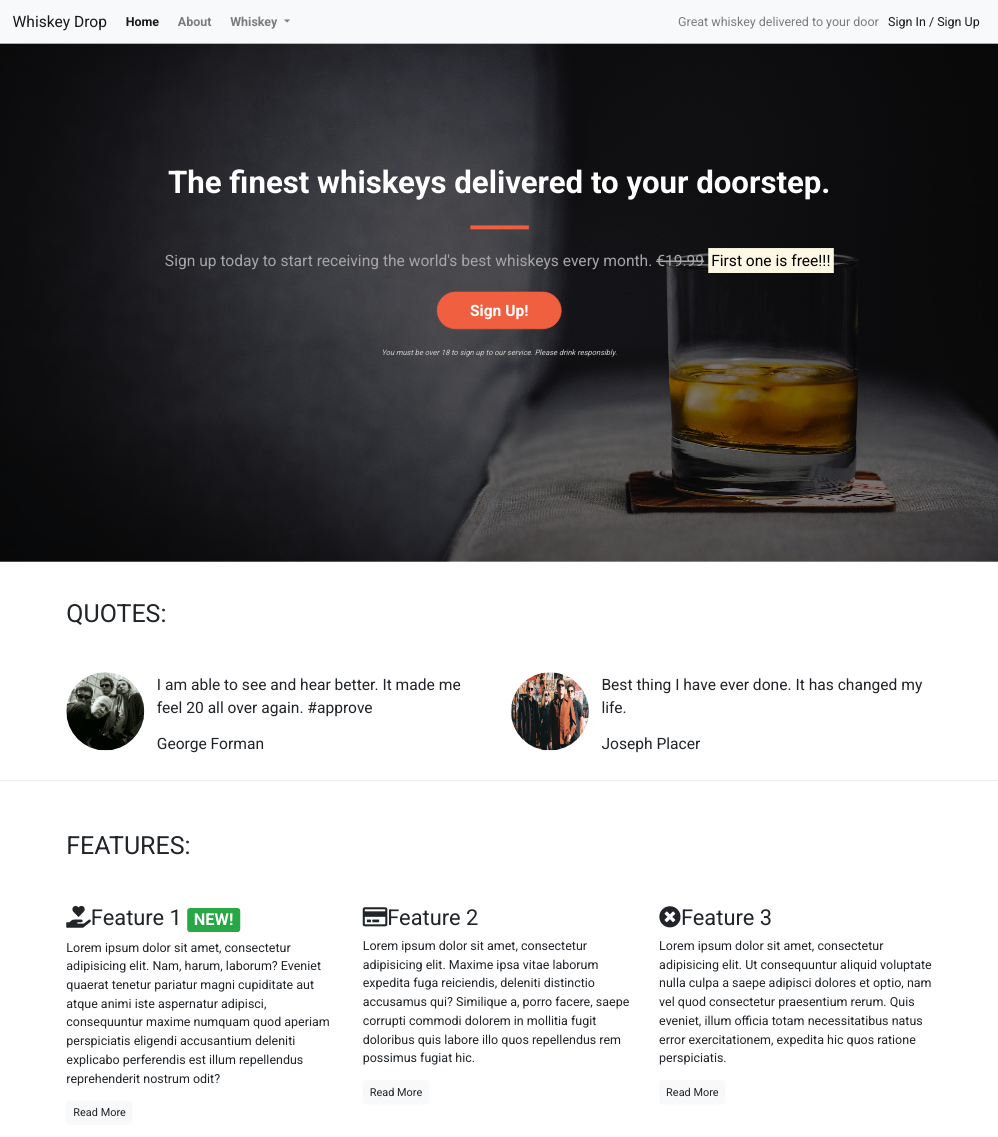
Repository: NamcorStudent/Dropdown-css
Page: bootstrap-whiskey/bootstrap.html
The author's editor kept a record of every edit. The page is drawn from the files as they stood at one moment, then again after the next edit.
The browser window is 1280 px wide. The pictures show the whole page, at 78% of full size.
Backgrounds fixed to the window are drawn as part of the page. Some web libraries are served in a nearby version.

Above is the page before.
Console error: TypeError: Cannot read properties of undefined (reading 'fn')

After the next edit:
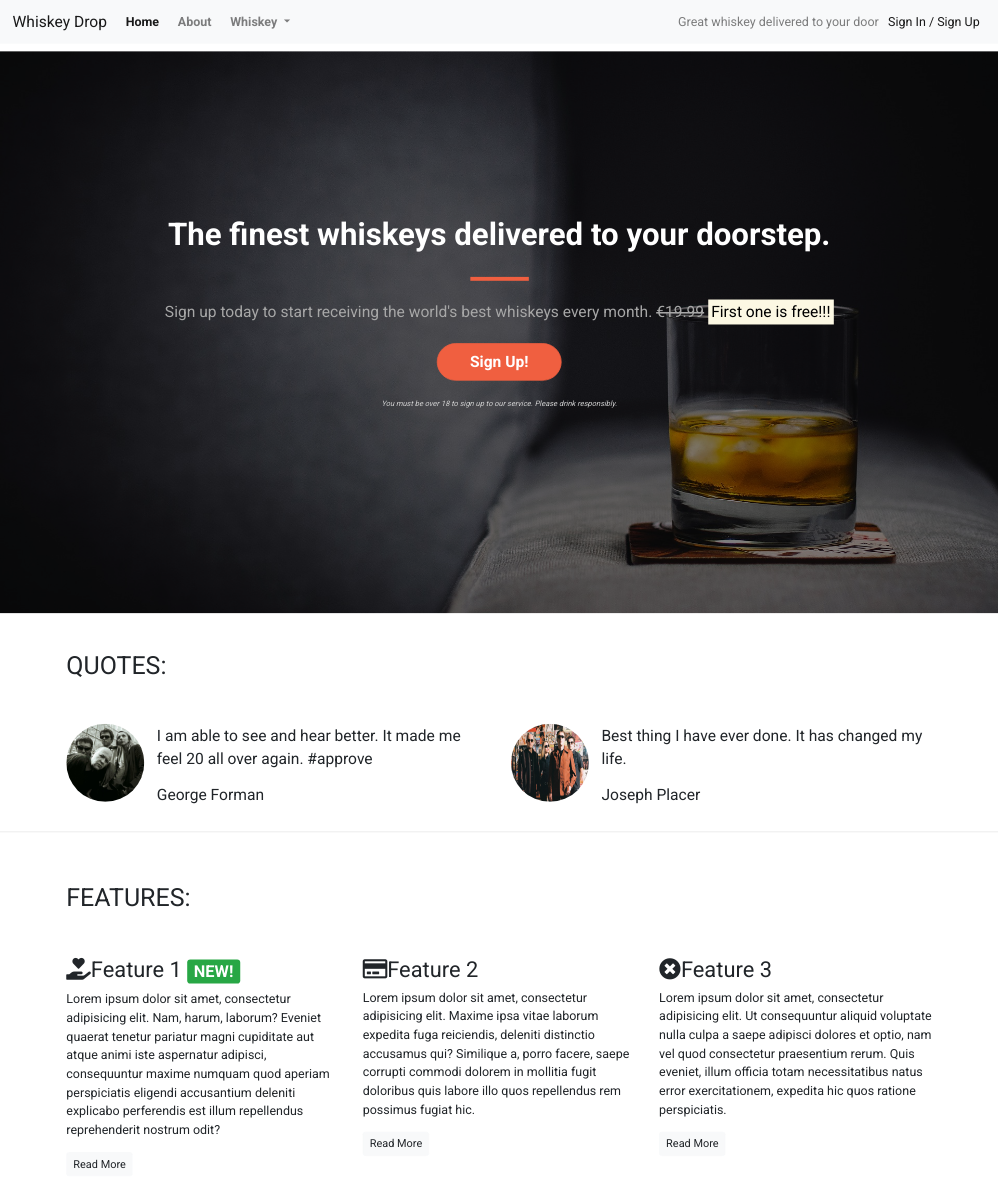
The edit:
--- a/bootstrap-whiskey/bootstrap.html
+++ b/bootstrap-whiskey/bootstrap.html
@@ -43,7 +43,7 @@
         </div>
     </nav>
     </div>
-    <!--<div class="container alert-container">
+    <div class="container alert-container">
         <div class="row d-none d-sm-block">
             <div class="col-12">
                 <div class="alert alert-warning"><strong>Sale Is On!</strong> We've got a sale on. Get a 12 month subscription for the price of 6!

After the 2 edits that followed:
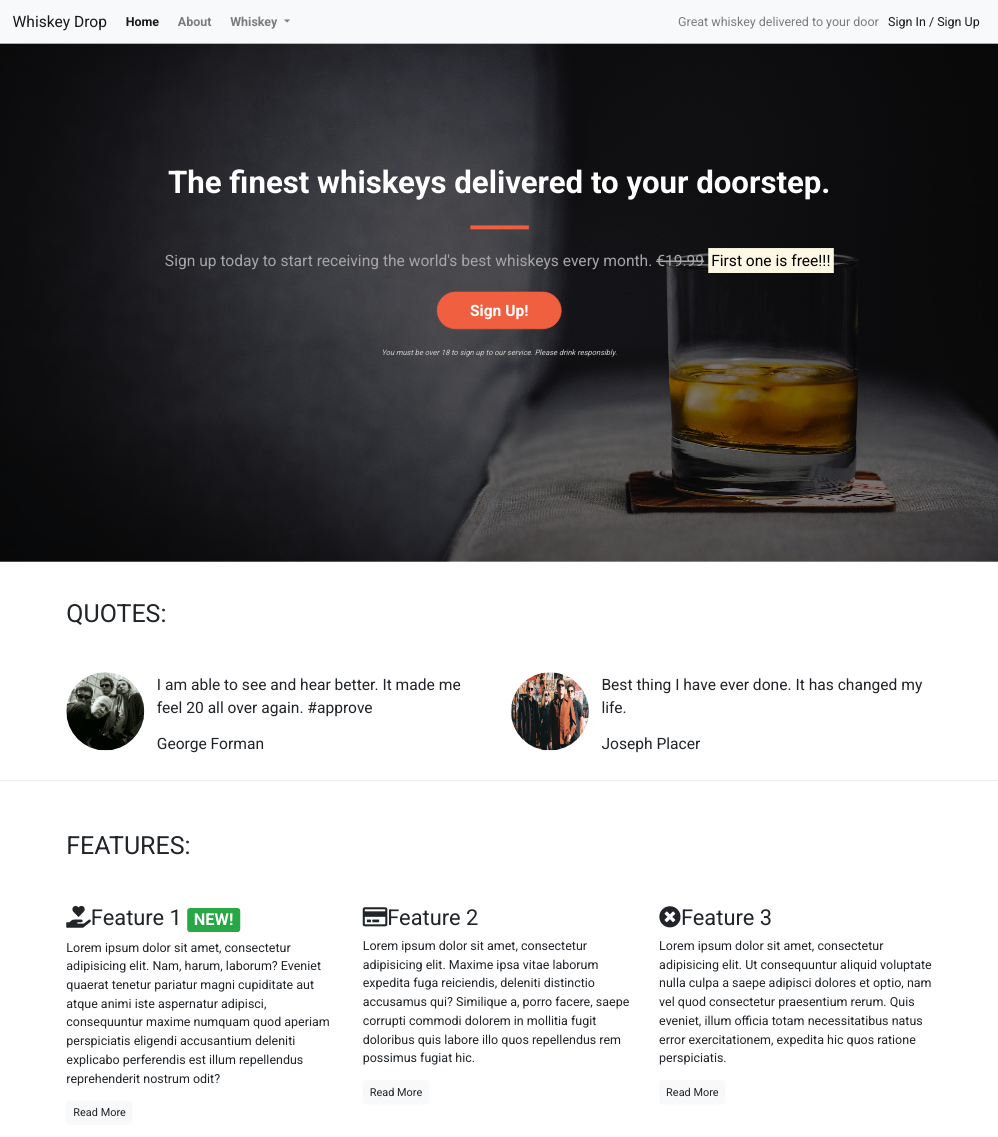
The 2 edits are shown as one change because 1 left the picture as it was.
The edit:
--- a/bootstrap-whiskey/bootstrap.html
+++ b/bootstrap-whiskey/bootstrap.html
@@ -15,43 +15,35 @@
 
 <body>
     <div class="container-fluid navalert-container">
-    <nav class="navbar navbar-light bg-light navbar-expand-sm">
-        <a href="/logo" class="navbar-brand">Whiskey Drop</a>
-        <button class="navbar-toggler" type="button" data-toggle="collapse" data-target="#navbarTogglerDropdown" aria-controls="navbarTogglerDemo02" aria-expanded="false" aria-label="Toggle navigation">
+        <nav class="navbar navbar-light bg-light navbar-expand-sm">
+            <a href="/logo" class="navbar-brand">Whiskey Drop</a>
+            <button class="navbar-toggler" type="button" data-toggle="collapse" data-target="#navbarTogglerDropdown" aria-controls="navbarTogglerDemo02" aria-expanded="false" aria-label="Toggle navigation">
     <span class="navbar-toggler-icon"></span>
   </button>
 
-        <div class="collapse navbar-collapse" id="navbarTogglerDropdown">
-            <ul class="navbar-nav mr-auto">
-                <li class="active nav-item mr-2"><a href="/home" class="nav-link">Home</a></li>
-                <li class="nav-item mr-2"><a href="/about" class="nav-link">About</a></li>
-                <li class="nav-item mr-2 dropdown">
-                    <a class="nav-link dropdown-toggle" href="#" id="navbarDropdown" role="button" data-toggle="dropdown" aria-haspopup="true" aria-expanded="false">
+            <div class="collapse navbar-collapse" id="navbarTogglerDropdown">
+                <ul class="navbar-nav mr-auto">
+                    <li class="active nav-item mr-2"><a href="/home" class="nav-link">Home</a></li>
+                    <li class="nav-item mr-2"><a href="/about" class="nav-link">About</a></li>
+                    <li class="nav-item mr-2 dropdown">
+                        <a class="nav-link dropdown-toggle" href="#" id="navbarDropdown" role="button" data-toggle="dropdown" aria-haspopup="true" aria-expanded="false">
                        Whiskey
                     </a>
-                    <div class="dropdown-menu" aria-labelledby="navbarDropdown">
-                        <a class="dropdown-item" href="#">Irish</a>
-                        <a class="dropdown-item" href="#">Rakija</a>
-                        <a class="dropdown-item" href="#">Palinka</a>
-                        <a class="dropdown-item" href="#">Moonshine</a>
-                    </div>
-                    <li class="nav-item mr-2 d-block d-md-none"><a href="/SignIn" class="nav-link">Sign In / Sign Up</a></li>
-            </ul>
-        </div>
-        <div class="d-none d-md-block">
-            <p class="navbar-text my-auto mr-2">Great whiskey delivered to your door <a href="/login" class="ml-2">Sign In / Sign Up</a></p>
-        </div>
-    </nav>
+                        <div class="dropdown-menu" aria-labelledby="navbarDropdown">
+                            <a class="dropdown-item" href="#">Irish</a>
+                            <a class="dropdown-item" href="#">Rakija</a>
+                            <a class="dropdown-item" href="#">Palinka</a>
+                            <a class="dropdown-item" href="#">Moonshine</a>
+                        </div>
+                        <li class="nav-item mr-2 d-block d-md-none"><a href="/SignIn" class="nav-link">Sign In / Sign Up</a></li>
+                </ul>
+            </div>
+            <div class="d-none d-md-block">
+                <p class="navbar-text my-auto mr-2">Great whiskey delivered to your door <a href="/login" class="ml-2">Sign In / Sign Up</a></p>
+            </div>
+        </nav>
     </div>
-    <div class="container alert-container">
-        <div class="row d-none d-sm-block">
-            <div class="col-12">
-                <div class="alert alert-warning"><strong>Sale Is On!</strong> We've got a sale on. Get a 12 month subscription for the price of 6!
-                    <a href="">Click here for more details!</a>
-                </div>
-            </div>
-        </div>
-    </div>
+
 
     <!-----CALLOUT----->
     <div class="containter-fluid callout-container">
